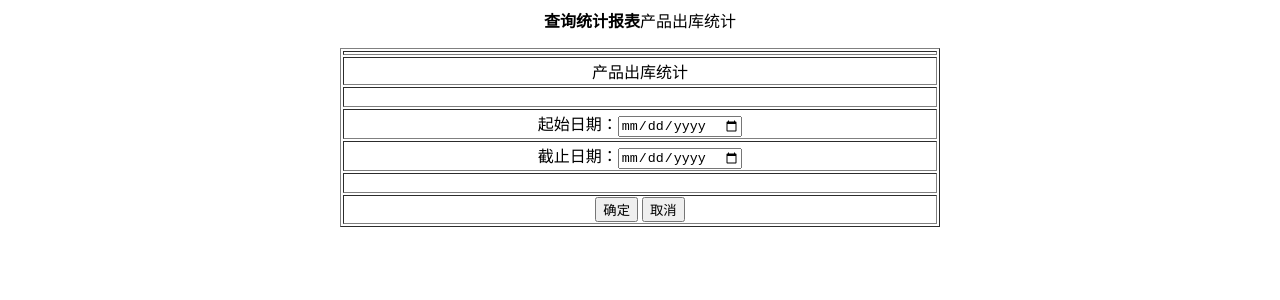
Repository: yuxingyan/OneCrewFlour
Page: http://localhost/Flour/inquireoutstore.jsp
These files come from the project's save history. The page is drawn as it stood at one moment and after the next save; the edit follows.
The browser window is 1280 px wide. The pictures show the whole page.
The page is served by Tomcat 9. Nobody is signed in. The application's start-up code is not run.

Above is the page before, as saved 2018-01-11 07:09:59.

After the next save:
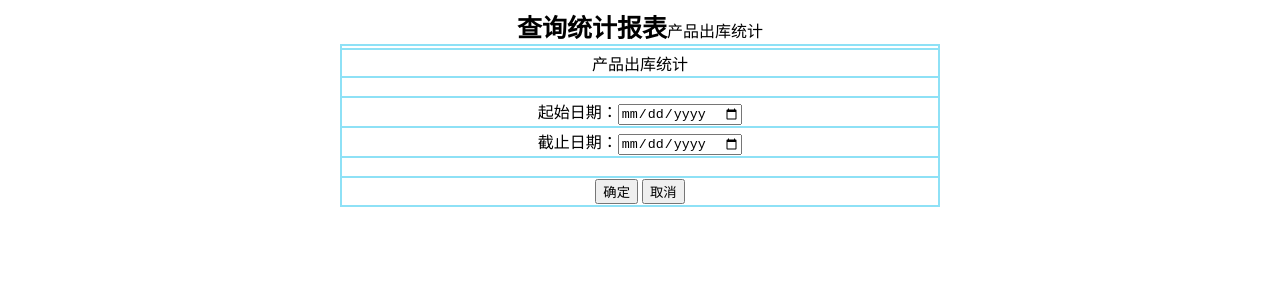
Saved 19 s later.
--- a/Flour/WebRoot/inquireoutstore.jsp
+++ b/Flour/WebRoot/inquireoutstore.jsp
@@ -51,8 +51,8 @@ String basePath = request.getScheme()+"://"+request.getServerName()+":"+request.
   <body>
     <center>
        <form  name="form1" id="form1" action="inquiremanagestore" method="post">
-    <p><b>查询统计报表</b>产品出库统计</p>
-    <table border="1" width="600">
+    <strong style="font-size:25px">查询统计报表</strong>产品出库统计
+     <table border="1" width="600" cellspacing="0" bordercolor="#8EE1F6">
     <tr><td colspan="10" ></td></tr>
     <tr height="20px"><td align="center" colspan="4" >产品出库统计</td></tr>
     <tr height="20px"><td align="center" colspan="4" ></td></tr>
